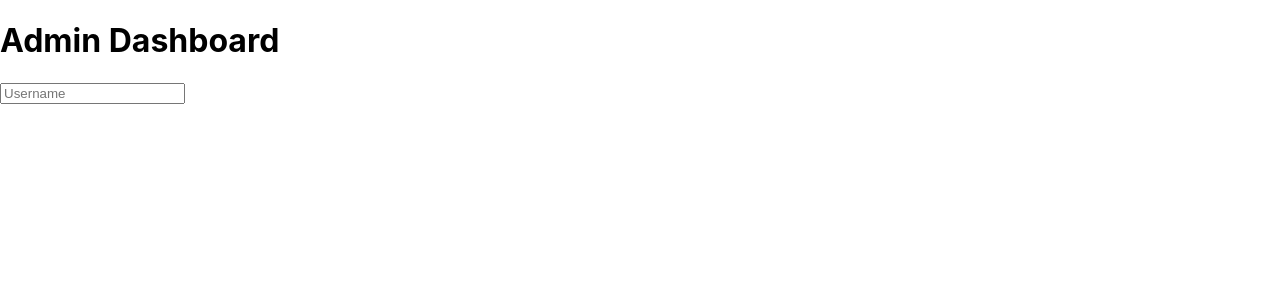
Repository: AfifaNoor/CRUD
Page: /dashboard
An editor plug-in stored every save of this project. The page is shown before and after a run of saves, followed by the edit.
The browser window is 1280 px wide. The pictures show the whole page.
The project was rebuilt for these pictures with package versions that can differ from the ones it lists, and the page was loaded fresh each time. Also part of the build but not shown: src/AdminPage.css.

Above is the page before, as saved 2025-06-09 15:22:53.

After the next 2 saves:
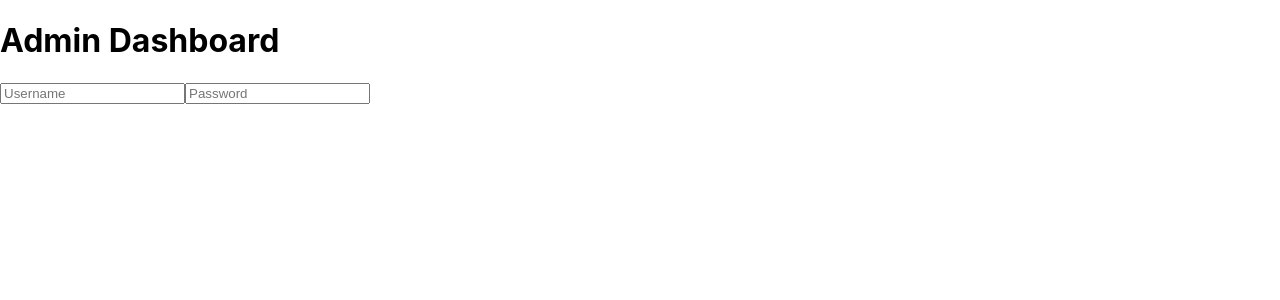
The 2 saves are shown as one change because 1 did not build or start.
The last was saved 22 h 22 min later.
--- a/src/AdminPage.jsx
+++ b/src/AdminPage.jsx
@@ -5,7 +5,8 @@ const AdminPage = () => {
   return (
     <div className="admin-page">
       <h1>Admin Dashboard</h1>
-      <input type='text' placeholder='Username' className='username'/>
+      <input type='text' placeholder='Username' className='form-input' required/>
+      <input type='password' placeholder='Password'  className='form-input' required/>
       {/* Add more admin functionalities here */}
     </div>
   );
